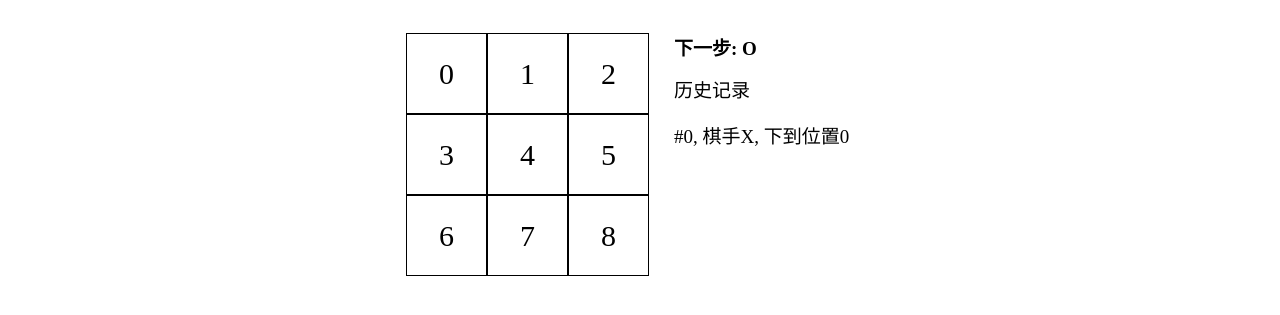
Repository: MiDouShiTongTong/react-tic-tac-toe
Page: /, after clicking the first element matching `section.square-container`
An editor plug-in stored every save of this project. The page is shown before and after the next save, followed by the edit.
The browser window is 1280 px wide. The pictures show the whole page.
The project was rebuilt for these pictures with package versions that can differ from the ones it lists, and the page was loaded fresh each time.

Above is the page before, as saved 2019-04-01 20:58:48.

After the next save:
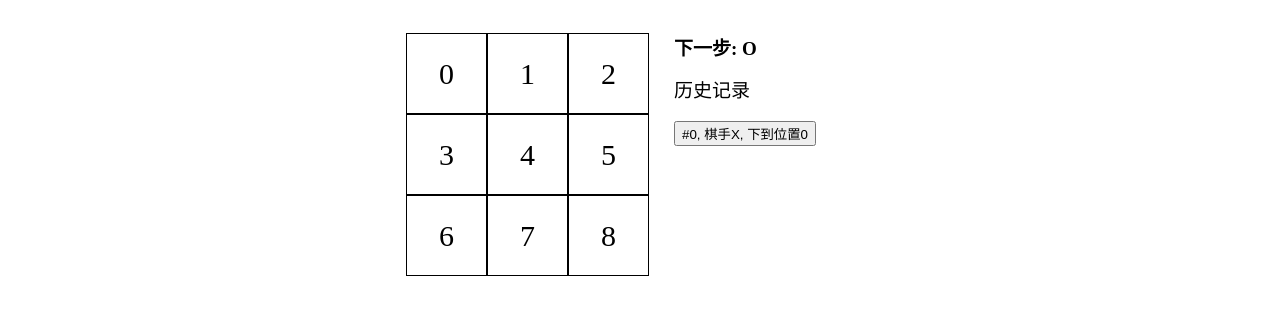
Saved 75 s later.
--- a/src/components/history-list/index.tsx
+++ b/src/components/history-list/index.tsx
@@ -21,7 +21,9 @@ export default class History extends React.Component<Props, State> {
           <ul>
             {props.historyList.map((item, index) => (
               <li key={index}>
-                #{item.stepCount}, 棋手{item.player}, 下到位置{item.pos}
+                <button>
+                  #{item.stepCount}, 棋手{item.player}, 下到位置{item.pos}
+                </button>
               </li>
             ))}
           </ul>
